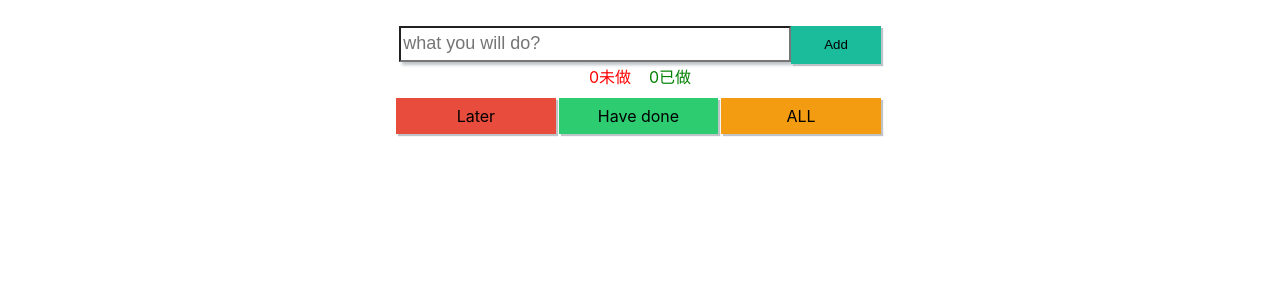
Repository: yurensmile/todolist
Page: /
The author's editor kept a copy of each file at every save. The page is drawn from the files as they stood at one save, then again after the next save.
The browser window is 1280 px wide. The pictures show the whole page.
The project was rebuilt for these pictures with package versions that can differ from the ones it lists, and the page was loaded fresh each time. Also part of the build but not shown: src/All.js, src/HaveDone.js.

Above is the page before, as saved 2019-03-20 17:49:14.

After the next save:
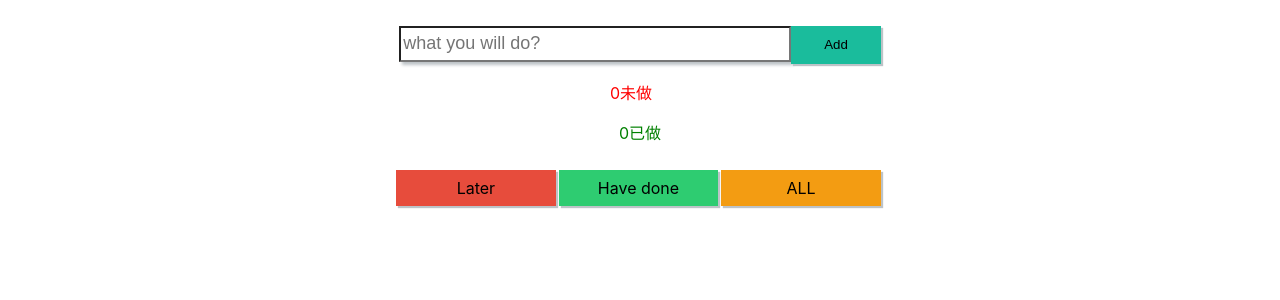
Saved 2 min 16 s later.
--- a/src/App.js
+++ b/src/App.js
@@ -81,8 +81,8 @@ class App extends Component {
       <div className="App">
         <input type="text" placeholder="what you will do?" name="todo" value={this.state.inputValue} onChange={this.updateInputValue.bind(this)}/>
         <button onClick={this.handleOnClick.bind(this)}>Add</button><br/>
-        <span style={{color: "red"}}>{this.state.laters.length}未做&nbsp;&nbsp;&nbsp;&nbsp;</span>
-        <span style={{color: "green"}}>{this.state.havedones.length}已做</span>
+        <p style={{color: "red"}}>{this.state.laters.length}未做&nbsp;&nbsp;&nbsp;&nbsp;</p>
+        <p style={{color: "green"}}>{this.state.havedones.length}已做</p>
         <div id="content" onClick={this.contentOnclick.bind(this)}>
           <div className="choice later">Later</div>
           <div className="choice havedone" >Have done</div>
